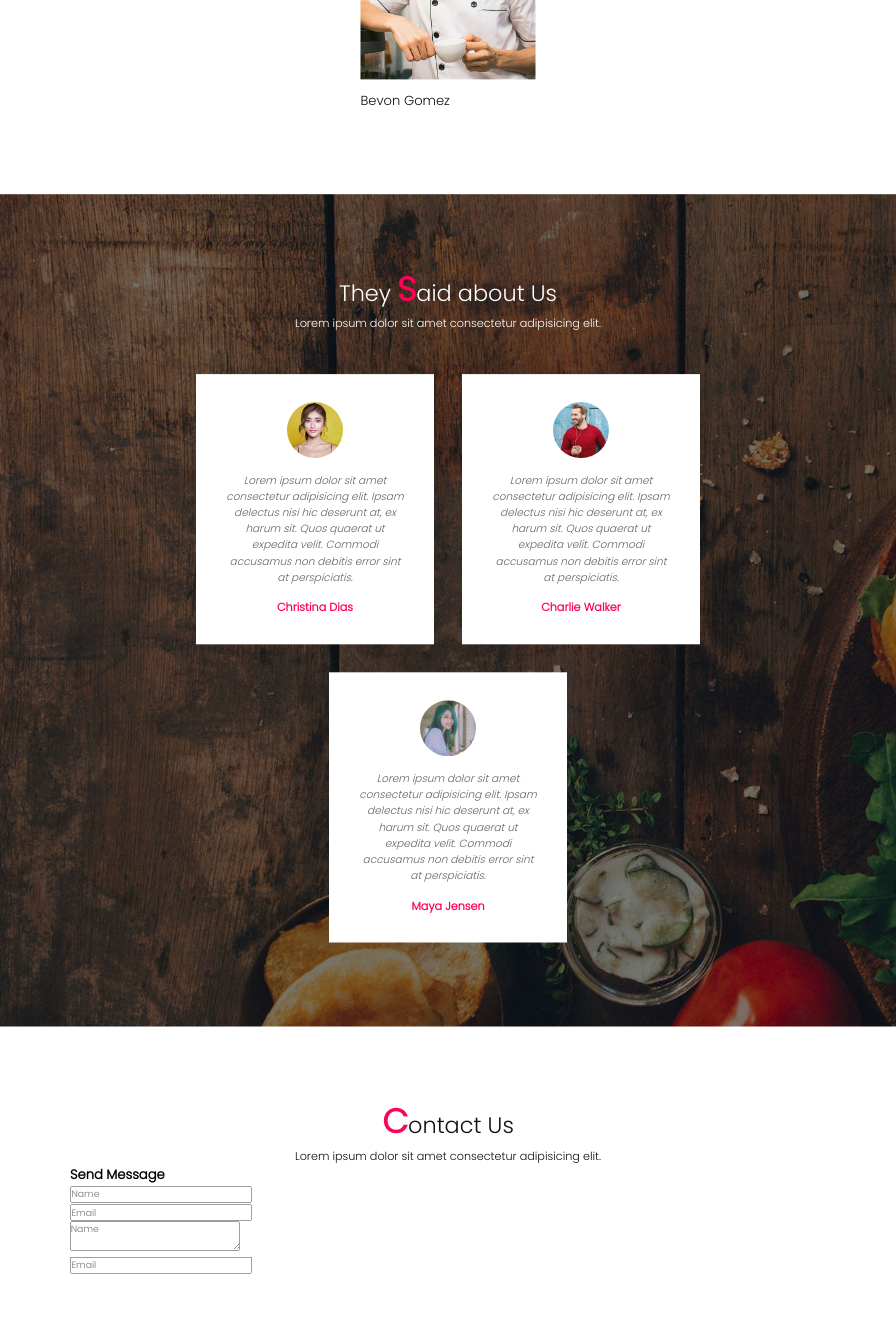
Repository: Adriandias1997/MobileFriendly_FoodWebsite
Page: index.html
The author's editor kept a copy of each file at every save. The page is drawn from the files as they stood at one save, then again after the next save.
The browser window is 1280 px wide. The pictures show the part of the page from y = 3748 to 5668 px (the page is 5668 px tall), at 70% of full size.

Above is the page before, as saved 2020-10-16 17:56:11.

After the next save:
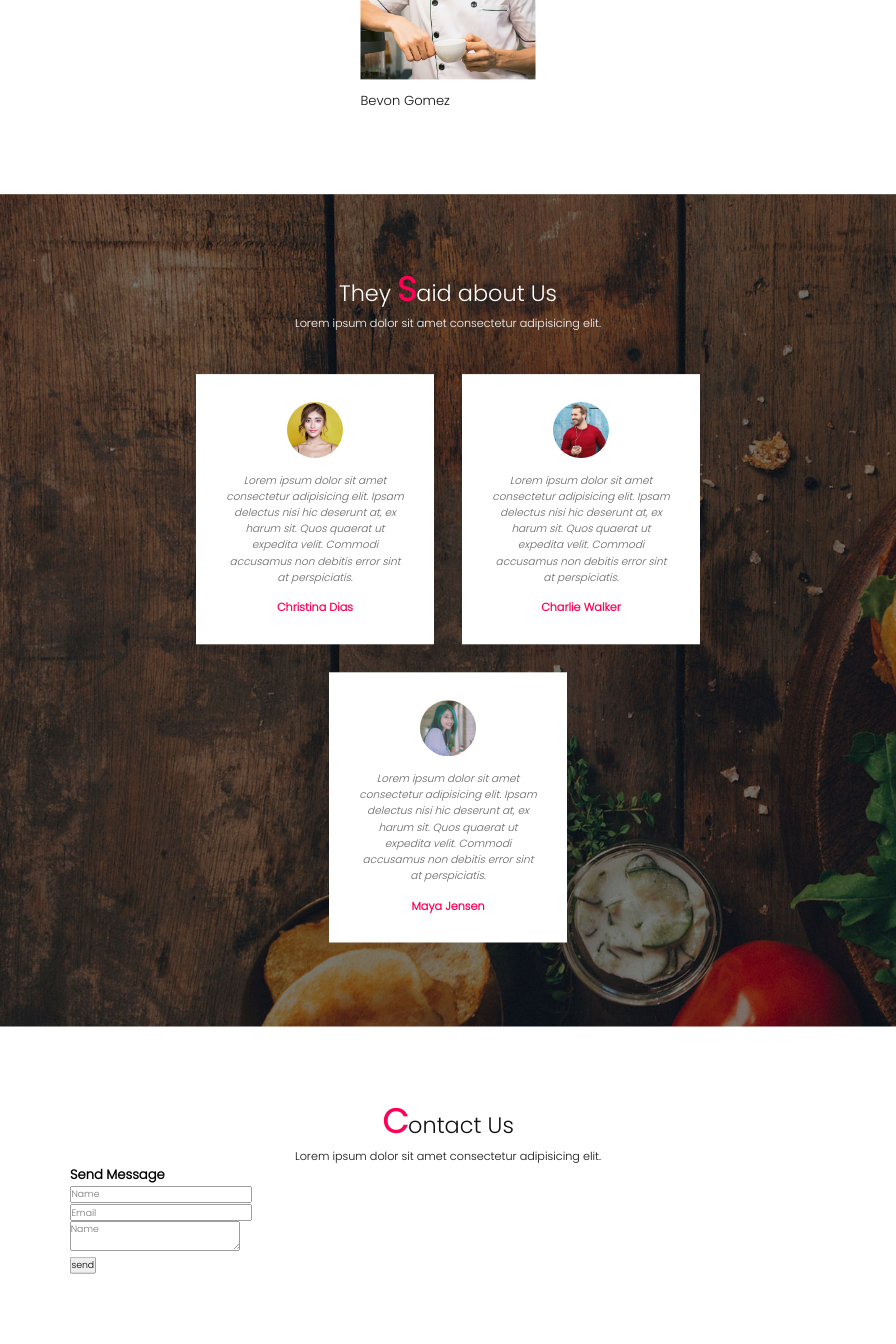
Saved 16 s later.
--- a/index.html
+++ b/index.html
@@ -212,7 +212,7 @@
                 <textarea placeholder="Name"></textarea>
             </div>
             <div class="inputBox">
-                <input type="text" placeholder="Email">
+                <input type="submit" value="send">
             </div>
 
         </div>
